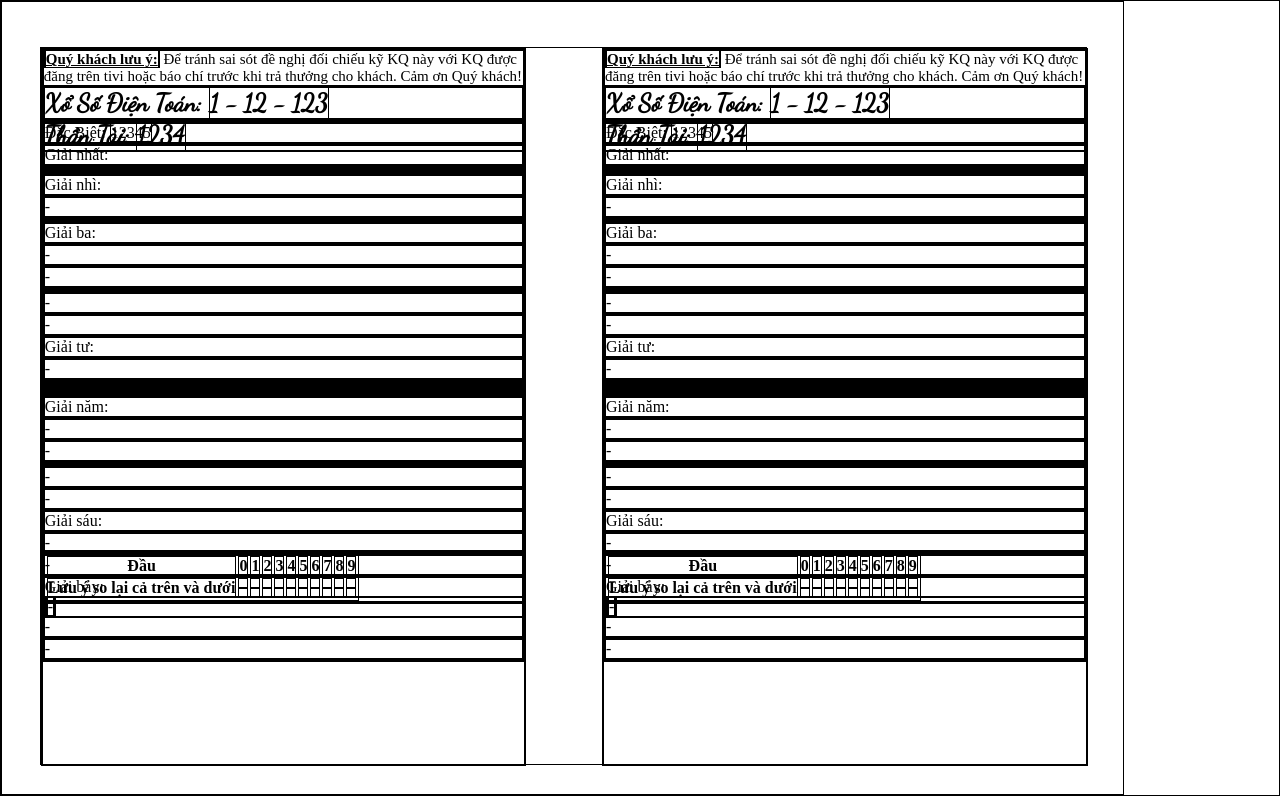
Repository: AnhDuc0125/xskt123
Page: index.html
These files come from the project's save history. The page is drawn as it stood at one moment and after the next save; the edit follows.
The browser window is 1280 px wide. The pictures show the whole page.
Some web fonts or font styles are not loaded; a fallback is used.

Above is the page before, as saved 2022-01-29 16:40:43.

After the next save:
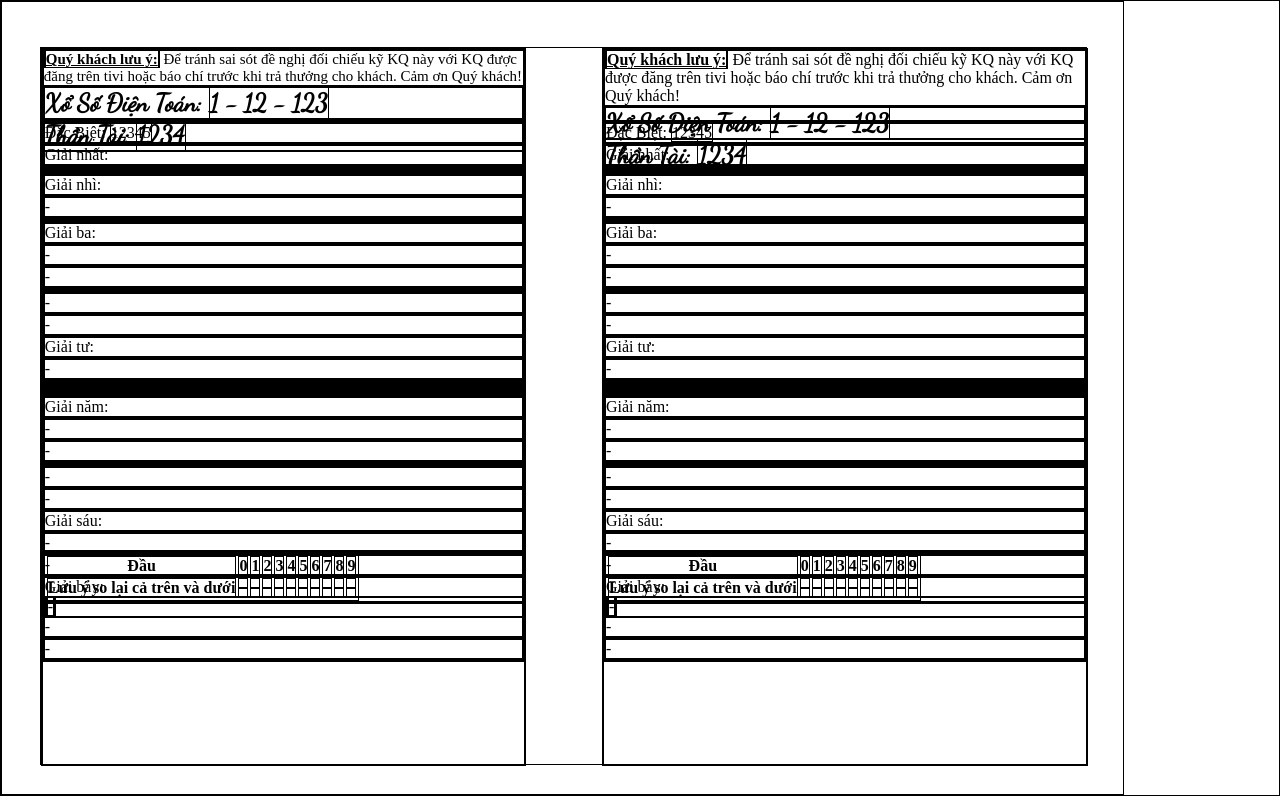
Saved 23 s later.
--- a/index.html
+++ b/index.html
@@ -168,7 +168,7 @@
       </div>
       <div class="boxed--2">
         <div class="header">
-          <div class="header--1" style="font-size: 15px">
+          <div class="header--1">
             <b><u>Quý khách lưu ý:</u></b> Để tránh sai sót đề nghị đối chiếu kỹ
             KQ này với KQ được đăng trên tivi hoặc báo chí trước khi trả thưởng
             cho khách. Cảm ơn Quý khách!
